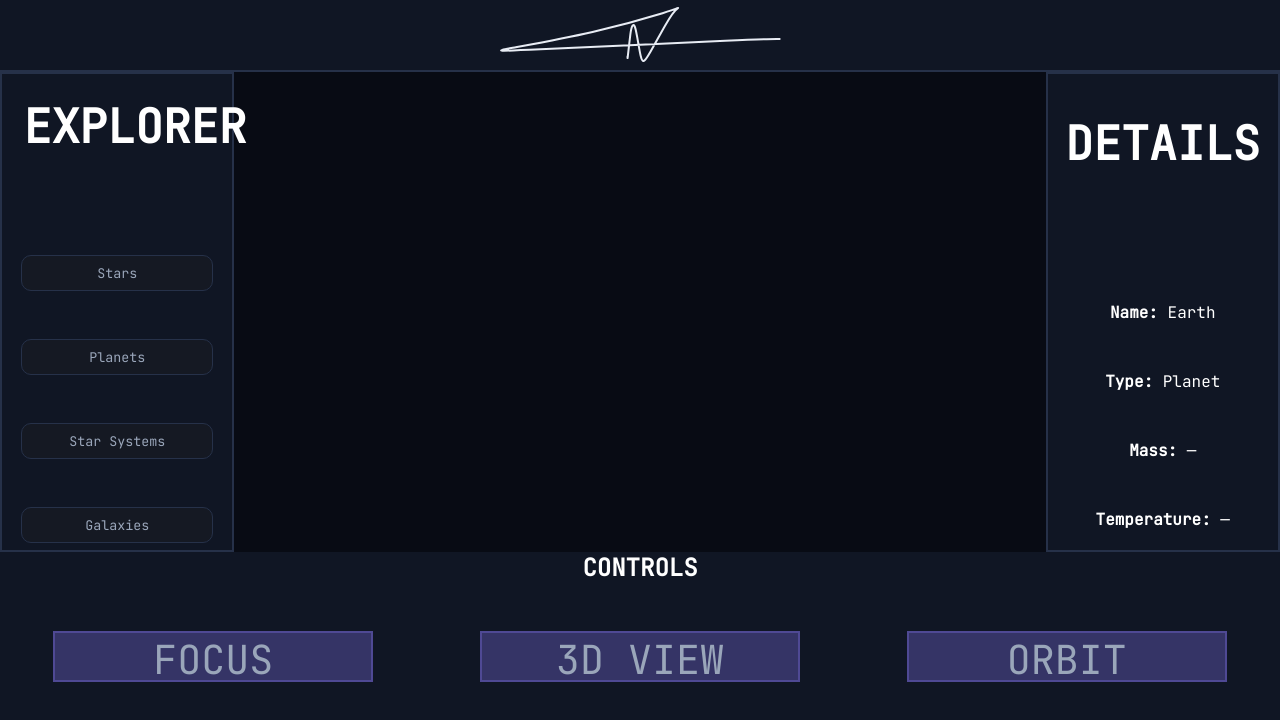
Repository: nico-madruga/Universe
Page: front-end/html/index.html
The author's editor kept a copy of each file at every save. The page is drawn from the files as they stood at one save, then again after the next save.
The browser window is 1280 px wide. The pictures show the whole page.
The pointer rests on the first visible `.control-button`.

Above is the page before, as saved 2026-09-28 18:11:39.

After the next save:
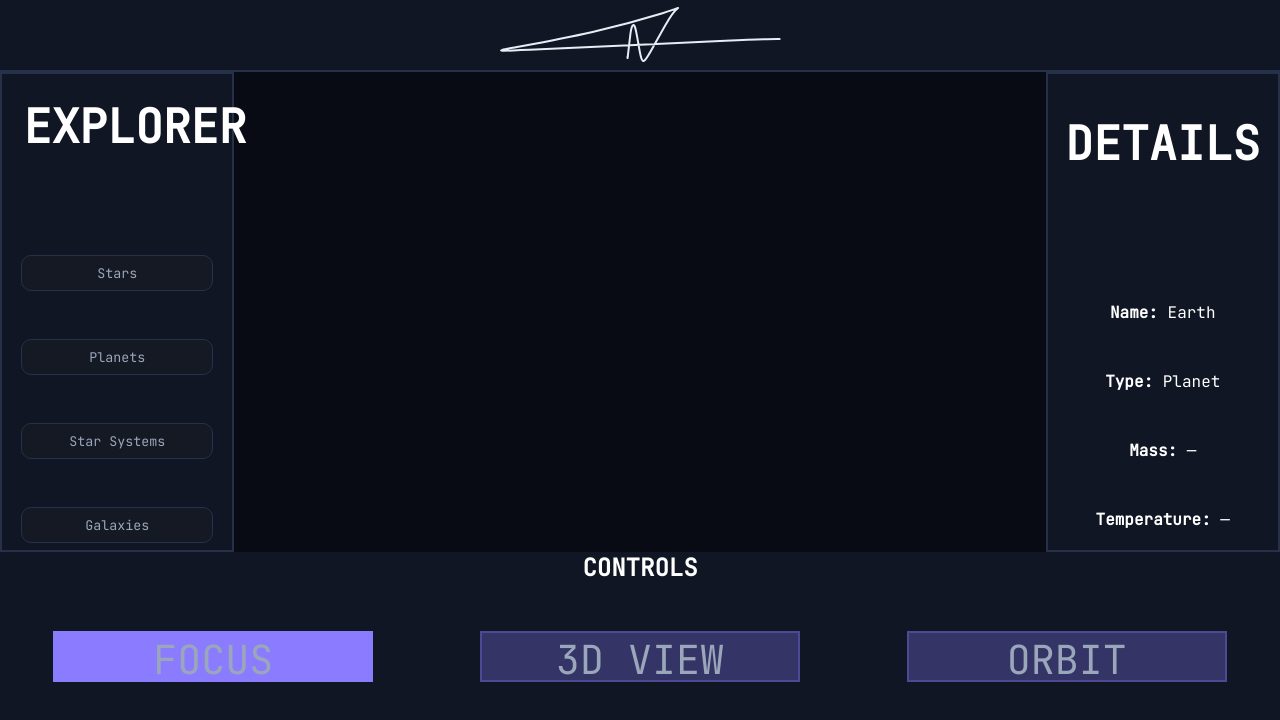
Saved 18 s later.
--- a/front-end/css/style.css
+++ b/front-end/css/style.css
@@ -161,5 +161,5 @@ body
 
 .control-button:hover
 {
-    background-color: ;
+    background-color: var(--secondary-accent-color);
 }
